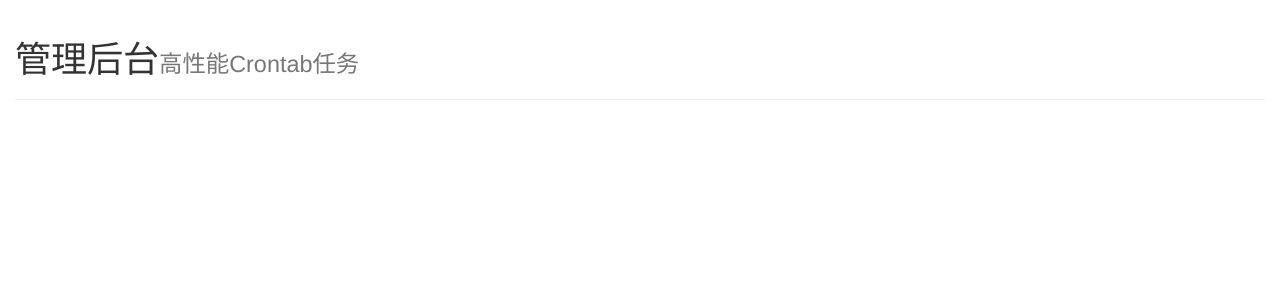
Repository: hellosz/GoCron
Page: src/master/main/public/index.html
An editor plug-in stored every save of this project. The page is shown before and after the next save, followed by the edit.
The browser window is 1280 px wide. The pictures show the whole page.

Above is the page before, as saved 2021-08-29 15:02:53.

After the next save:
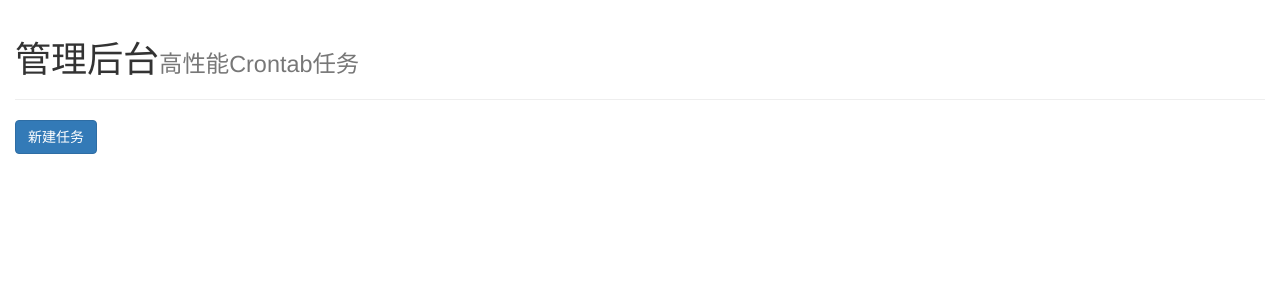
Saved 2 min 28 s later.
--- a/src/master/main/public/index.html
+++ b/src/master/main/public/index.html
@@ -10,8 +10,8 @@
     <script src="https://cdn.bootcdn.net/ajax/libs/twitter-bootstrap/3.3.7/js/bootstrap.min.js"></script>
 </head>
 <body>
-    <!-- 头部 -->
     <div class="container-fluid">
+        <!-- 头部 -->
         <div class="row">
             <div class="col-md-12">
                 <div class="page-header">
@@ -21,7 +21,17 @@
                 </div>
             </div>
         </div>
+        <!-- 操作按钮 -->
+        <div class="row">
+            <div class="col-md-12">
+                <button type="button" class="btn btn-primary">
+                    新建任务
+                </button>
+            </div>
+        </div>
     </div>
+
+
 
     <script>
         // 代码
